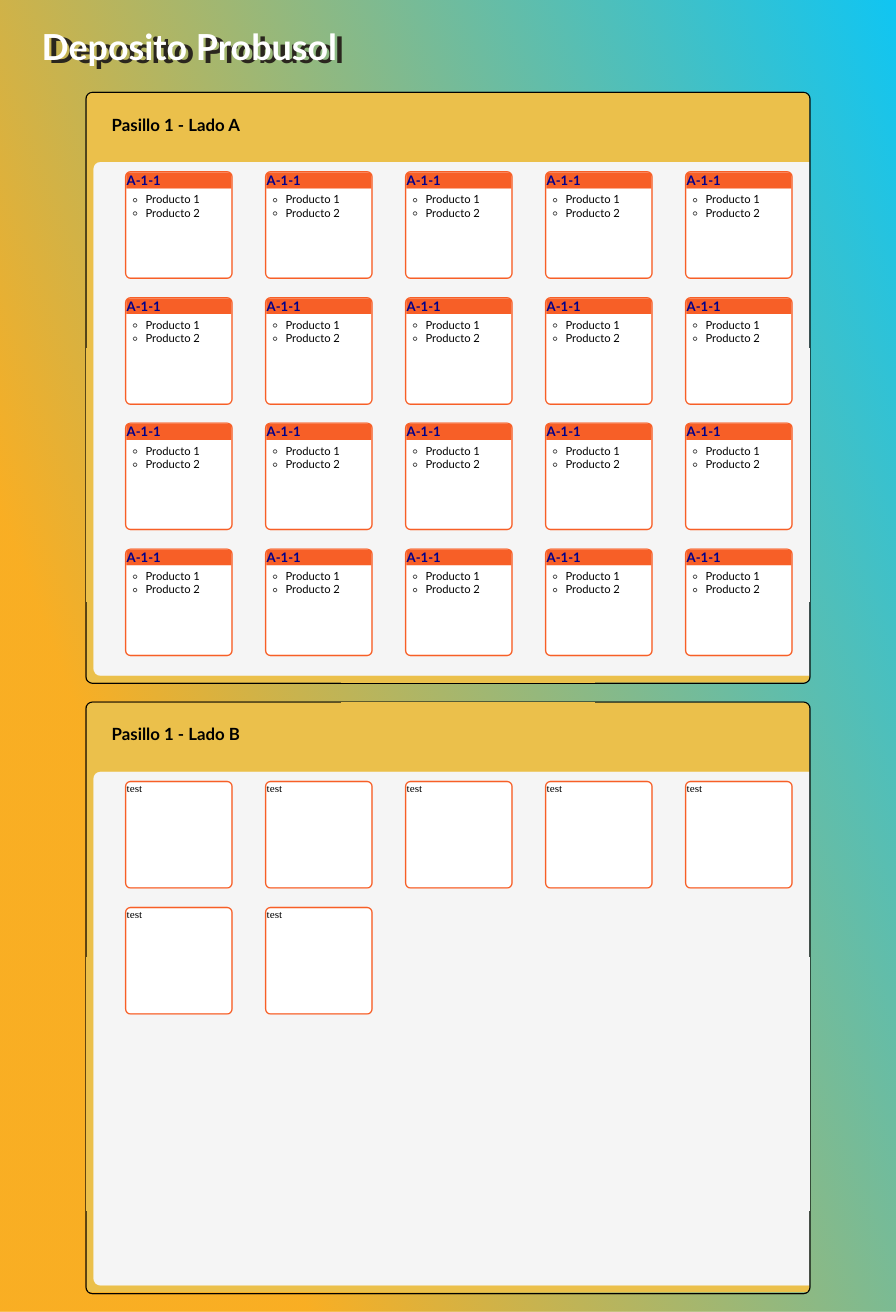
Repository: Franzcod/DepoStock_Web
Page: index.html
An editor plug-in stored every save of this project. The page is shown before and after the next save, followed by the edit.
The browser window is 1280 px wide. The pictures show the whole page, at 70% of full size.

Above is the page before, as saved 2020-06-07 21:32:22.
Console error: ReferenceError: ur is not defined

### index.html
<!DOCTYPE html>
<html lang="en">
<head>
    <meta charset="UTF-8">
    <meta name="viewport" content="width=device-width, initial-scale=1.0">
    <title>Deposito Probusol</title>

    <link rel="stylesheet" href="estilo/estilo.css">
</head>
<body>

    <div class="titulo">
        <h1>Deposito Probusol</h1>
    </div>


    <div class="app">
        <h2>Pasillo 1 - Lado A</h2>

        <ul class="hs">

            <li class="item">

                <h3 class="pos">A-1-1</h3>
                <ul class="listaProduc">
                    <li class="producto"> Producto 1</li>
                    <li class="producto"> Producto 2</li>
                </ul>
            </li>

            <li class="item">

                <h3 class="pos">A-1-1</h3>
                <ul class="listaProduc">
                    <li class="producto"> Producto 1</li>
                    <li class="producto"> Producto 2</li>
                </ul>
            </li>
            <li class="item">

                <h3 class="pos">A-1-1</h3>
                <ul class="listaProduc">
                    <li class="producto"> Producto 1</li>
                    <li class="producto"> Producto 2</li>
                </ul>
            </li>
            <li class="item">

                <h3 class="pos">A-1-1</h3>
                <ul class="listaProduc">
                    <li class="producto"> Producto 1</li>
                    <li class="producto"> Producto 2</li>
                </ul>
            </li>
            <li class="item">

                <h3 class="pos">A-1-1</h3>
                <ul class="listaProduc">
                    <li class="producto"> Producto 1</li>
                    <li class="producto"> Producto 2</li>
                </ul>
            </li>
            <li class="item">

                <h3 class="pos">A-1-1</h3>
                <ul class="listaProduc">
                    <li class="producto"> Producto 1</li>
                    <li class="producto"> Producto 2</li>
                </ul>
            </li>
            <li class="item">

                <h3 class="pos">A-1-1</h3>
                <ul class="listaProduc">
                    <li class="producto"> Producto 1</li>
                    <li class="producto"> Producto 2</li>
                </ul>
            </li>
            <li class="item">

                <h3 class="pos">A-1-1</h3>
                <ul class="listaProduc">
                    <li class="producto"> Producto 1</li>
                    <li class="producto"> Producto 2</li>
                </ul>
            </li>
            <li class="item">

                <h3 class="pos">A-1-1</h3>
                <ul class="listaProduc">
                    <li class="producto"> Producto 1</li>
                    <li class="producto"> Producto 2</li>
                </ul>
            </li>
            <li class="item">

                <h3 class="pos">A-1-1</h3>
                <ul class="listaProduc">
                    <li class="producto"> Producto 1</li>
                    <li class="producto"> Producto 2</li>
                </ul>
            </li>
            <li class="item">

                <h3 class="pos">A-1-1</h3>
                <ul class="listaProduc">
                    <li class="producto"> Producto 1</li>
                    <li class="producto"> Producto 2</li>
                </ul>
            </li>
            <li class="item">

                <h3 class="pos">A-1-1</h3>
                <ul class="listaProduc">
                    <li class="producto"> Producto 1</li>
                    <li class="producto"> Producto 2</li>
                </ul>
            </li>
            <li class="item">

                <h3 class="pos">A-1-1</h3>
                <ul class="listaProduc">
                    <li class="producto"> Producto 1</li>
                    <li class="producto"> Producto 2</li>
                </ul>
            </li>
            <li class="item">

                <h3 class="pos">A-1-1</h3>
                <ul class="listaProduc">
                    <li class="producto"> Producto 1</li>
                    <li class="producto"> Producto 2</li>
                </ul>
            </li>
            <li class="item">

                <h3 class="pos">A-1-1</h3>
                <ul class="listaProduc">
                    <li class="producto"> Producto 1</li>
                    <li class="producto"> Producto 2</li>
                </ul>
            </li>
            <li class="item">

                <h3 class="pos">A-1-1</h3>
                <ul class="listaProduc">
                    <li class="producto"> Producto 1</li>
                    <li class="producto"> Producto 2</li>
                </ul>
            </li>
            <li class="item">

                <h3 class="pos">A-1-1</h3>
                <ul class="listaProduc">
                    <li class="producto"> Producto 1</li>
                    <li class="producto"> Producto 2</li>
                </ul>
            </li>
            <li class="item">

                <h3 class="pos">A-1-1</h3>
                <ul class="listaProduc">
                    <li class="producto"> Producto 1</li>
                    <li class="producto"> Producto 2</li>
                </ul>
            </li>
            <li class="item">

                <h3 class="pos">A-1-1</h3>
                <ul class="listaProduc">
                    <li class="producto"> Producto 1</li>
                    <li class="producto"> Producto 2</li>
                </ul>
            </li>
            <li class="item">

                <h3 class="pos">A-1-1</h3>
                <ul class="listaProduc">
                    <li class="producto"> Producto 1</li>
                    <li class="producto"> Producto 2</li>
                </ul>
            </li>
            <li class="item">

                <h3 class="pos">A-1-1</h3>
                <ul class="listaProduc">
                    <li class="producto"> Producto 1</li>
                    <li class="producto"> Producto 2</li>
                </ul>
            </li>
            <li class="item">

                <h3 class="pos">A-1-1</h3>
                <ul class="listaProduc">
                    <li class="producto"> Producto 1</li>
                    <li class="producto"> Producto 2</li>
                </ul>
            </li>
            <li class="item">

                <h3 class="pos">A-1-1</h3>
                <ul class="listaProduc">
                    <li class="producto"> Producto 1</li>
                    <li class="producto"> Producto 2</li>
                </ul>
            </li>
            <li class="item">

                <h3 class="pos">A-1-1</h3>
                <ul class="listaProduc">
                    <li class="producto"> Producto 1</li>
                    <li class="producto"> Producto 2</li>
                </ul>
            </li>
            <li class="item">

                <h3 class="pos">A-1-1</h3>
                <ul class="listaProduc">
                    <li class="producto"> Producto 1</li>
                    <li class="producto"> Producto 2</li>
                </ul>
            </li>
            <li class="item">

                <h3 class="pos">A-1-1</h3>
                <ul class="listaProduc">
                    <li class="producto"> Producto 1</li>
                    <li class="producto"> Producto 2</li>
                </ul>
            </li>
            <li class="item">

                <h3 class="pos">A-1-1</h3>
                <ul class="listaProduc">
                    <li class="producto"> Producto 1</li>
                    <li class="producto"> Producto 2</li>
                </ul>
            </li>
            <li class="item">

                <h3 class="pos">A-1-1</h3>
                <ul class="listaProduc">
                    <li class="producto"> Producto 1</li>
                    <li class="producto"> Producto 2</li>
                </ul>
            </li>
            <li class="item">

                <h3 class="pos">A-1-1</h3>
                <ul class="listaProduc">
                    <li class="producto"> Producto 1</li>
                    <li class="producto"> Producto 2</li>
                </ul>
            </li>
            <li class="item">

                <h3 class="pos">A-1-1</h3>
                <ul class="listaProduc">
                    <li class="producto"> Producto 1</li>
                    <li class="producto"> Producto 2</li>
                </ul>
            </li>
            <li class="item">

                <h3 class="pos">A-1-1</h3>
                <ul class="listaProduc">
                    <li class="producto"> Producto 1</li>
                    <li class="producto"> Producto 2</li>
                </ul>
            </li>
            <li class="item">

                <h3 class="pos">A-1-1</h3>
                <ul class="listaProduc">
                    <li class="producto"> Producto 1</li>
                    <li class="producto"> Producto 2</li>
                </ul>
            </li>
            <li class="item">

                <h3 class="pos">A-1-1</h3>
                <ul class="listaProduc">
                    <li class="producto"> Producto 1</li>
                    <li class="producto"> Producto 2</li>
                </ul>
            </li>
            <li class="item">

                <h3 class="pos">A-1-1</h3>
                <ul class="listaProduc">
                    <li class="producto"> Producto 1</li>
                    <li class="producto"> Producto 2</li>
                </ul>
            </li>
            <li class="item">

                <h3 class="pos">A-1-1</h3>
                <ul class="listaProduc">
                    <li class="producto"> Producto 1</li>
                    <li class="producto"> Producto 2</li>
                </ul>
            </li>
            <li class="item">

                <h3 class="pos">A-1-1</h3>
                <ul class="listaProduc">
                    <li class="producto"> Producto 1</li>
                </ul>
            </li>
            <li class="item">

                <h3 class="pos">A-1-1</h3>
                <ul class="listaProduc">
                    <li class="producto"> Producto 1</li>
                    <li class="producto"> Producto 2</li>
                </ul>
            </li>
            <li class="item">

                <h3 class="pos">A-1-1</h3>
                <ul class="listaProduc">
                    <li class="producto"> Producto 1</li>
                    <li class="producto"> Producto 2</li>
                </ul>
            </li>
            <li class="item">

                <h3 class="pos">A-1-1</h3>
                <ul class="listaProduc">
                    <li class="producto"> Producto 1</li>
                    <li class="producto"> Producto 2</li>
                </ul>
            </li>
            <li class="item">

                <h3 class="pos">A-1-1</h3>
                <ul class="listaProduc">
                    <li class="producto"> Producto 1</li>
                    <li class="producto"> Producto 2</li>
                </ul>
            </li>



        </ul>

        <!-- <div class="container">
            <div class="item">
            <h3>Block for context</h3>
            </div>
        </div> -->
    </div>

    <div class="app">
        <h2>Pasillo 1 - Lado B</h2>

        <ul class="hs">
            <li class="item">test</li>
            <li class="item">test</li>
            <li class="item">test</li>
            <li class="item">test</li>
            <li class="item">test</li>
            <li class="item">test</li>
            <li class="item">test</li>
            <li class="item">test</li>
            <li class="item">test</li>
            <li class="item">test</li>
            <li class="item">test</li>
            <li class="item">test</li>

        </ul>

        <!-- <div class="container">
            <div class="item">
            <h3>Block for context</h3>
            </div>
        </div> -->
    </div>






    <script>ur</script>

</body>







</html>

### estilo/estilo.css
html{
    background: rgb(11,196,242);
    background: linear-gradient(249deg, rgba(11,196,242,0.981127485173757) 0%, rgba(248,163,5,0.8774860285911239) 78%);
}

.titulo{
    margin: 2vw 4vw;
    align-items: flex-start;
    color: #fff;
    font-size: 2vw;
    font-family: 'Gill Sans', 'Gill Sans MT', Calibri, 'Trebuchet MS', sans-serif;
    text-shadow: 10px 5px rgb(42, 38, 30);
}


:root {
--gutter: 20px;
}

.app {
    padding: 10px;
    display: grid;
    grid-gap: var(--gutter) 0;
    border: 2px solid black;
    /* grid-template-columns: var(--gutter) 1fr var(--gutter);  */
    align-content: start;
    width: 80%;
    height: 75%;
    background: rgb(235, 192, 75);
    /* overflow-y: scroll; */
    margin: 2vw auto;
    overflow-x: auto;
    border-radius: 10px;
}


.hs {
    display: grid;
    grid-template-columns: repeat(10, 1fr);
    grid-template-rows: repeat(4, 1fr);
    overflow-x: auto;
    /* scroll-snap-type: x proximity; */
    padding-bottom: calc(.75 * var(--gutter));
    background-color:whitesmoke;
    width: 2000px;
    align-items: center;
    margin: auto;
    border-radius: 10px;
}

h2{
    margin-left: 2vw;
    font-family: 'Gill Sans', 'Gill Sans MT', Calibri, 'Trebuchet MS', sans-serif;
}

.item {
    /* scroll-snap-align: center; */
    /* padding: 2px;  */
    display: flex;
    flex-direction: column;
    justify-content: start;
    align-items: flex-start;
    background: #fff;
    border: 2px solid rgb(247, 95, 39);
    border-radius: 8px;
    height: 150px;
    width: 150px;
    margin: 1vw 5px;
}


.pos{
    width: 100%;
    height: 15%;
    border-radius: 4px 4px 0 0 ;
    margin: 0px auto;
    align-items: center;
    color: darkblue;
    background-color: rgb(247, 95, 39);
    font-family: 'Gill Sans', 'Gill Sans MT', Calibri, 'Trebuchet MS', sans-serif;

}


.listaProduc{
    margin-top: 5px;
    margin-left: 2px;
    padding-left: 25px;
    font-family: 'Gill Sans', 'Gill Sans MT', Calibri, 'Trebuchet MS', sans-serif;

}

After the next save:
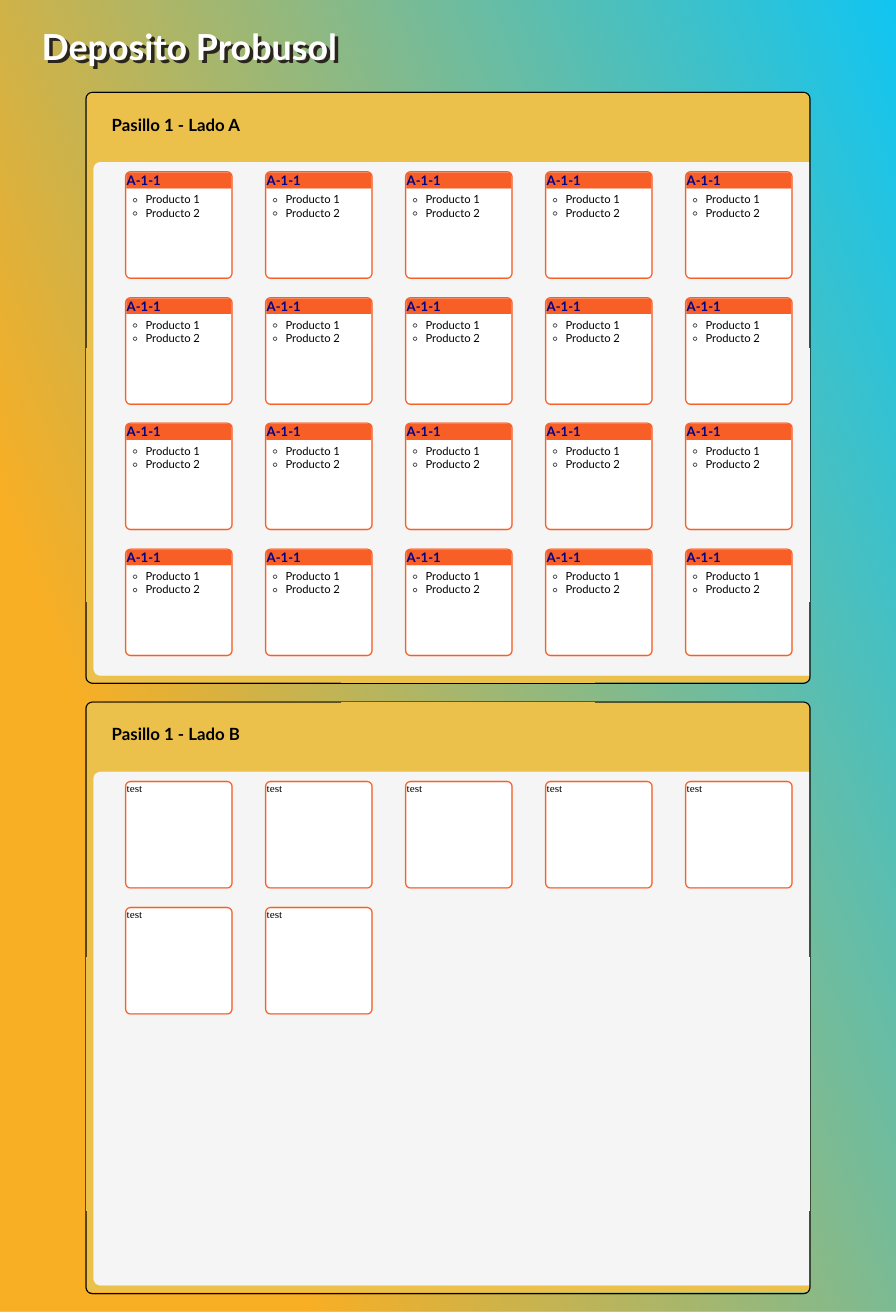
Saved 10 s later.
--- a/estilo/estilo.css
+++ b/estilo/estilo.css
@@ -9,7 +9,7 @@ html{
     color: #fff;
     font-size: 2vw;
     font-family: 'Gill Sans', 'Gill Sans MT', Calibri, 'Trebuchet MS', sans-serif;
-    text-shadow: 10px 5px rgb(42, 38, 30);
+    text-shadow: 5px 5px rgb(42, 38, 30);
 }
 
 
